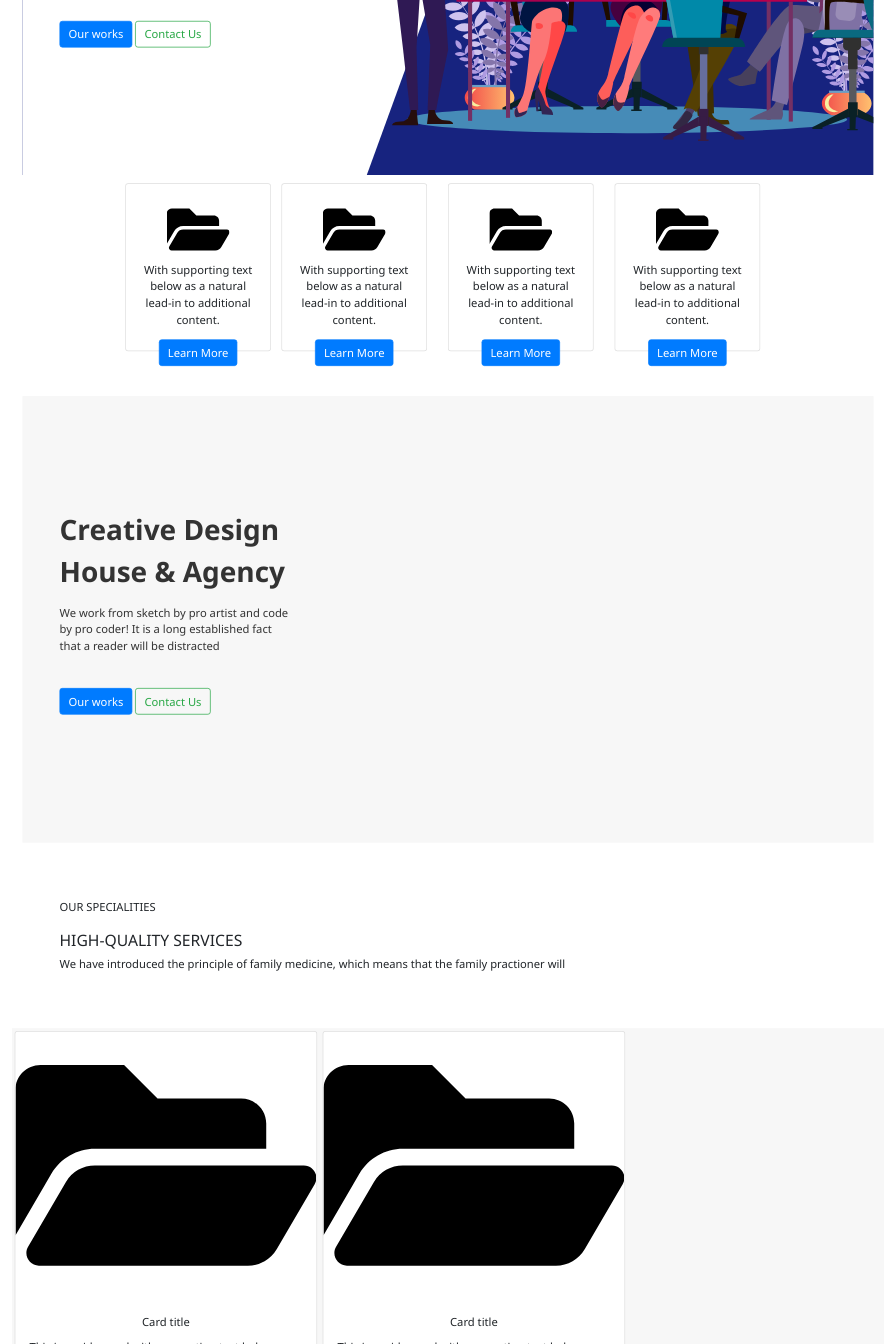
Repository: stephenkayade/Tarm
Page: index.html
These files come from the project's save history. The page is drawn as it stood at one moment and after the next save; the edit follows.
The browser window is 1280 px wide. The pictures show the part of the page from y = 487 to 2407 px (the page is 4473 px tall before and 4397 px after), at 70% of full size.

Above is the page before, as saved 2020-05-07 15:49:16.

### index.html
<!DOCTYPE html>
<html lang="en">

<head>
    <meta charset="UTF-8">
    <meta name="viewport" content="width=device-width, initial-scale=1.0">
    <link rel="stylesheet" href="https://stackpath.bootstrapcdn.com/bootstrap/4.4.1/css/bootstrap.min.css"
        integrity="sha384-Vkoo8x4CGsO3+Hhxv8T/Q5PaXtkKtu6ug5TOeNV6gBiFeWPGFN9MuhOf23Q9Ifjh" crossorigin="anonymous">
    <script src="https://code.jquery.com/jquery-3.4.1.slim.min.js"
        integrity="sha384-J6qa4849blE2+poT4WnyKhv5vZF5SrPo0iEjwBvKU7imGFAV0wwj1yYfoRSJoZ+n"
        crossorigin="anonymous"></script>

    <script src="https://stackpath.bootstrapcdn.com/bootstrap/4.4.1/js/bootstrap.min.js"
        integrity="sha384-wfSDF2E50Y2D1uUdj0O3uMBJnjuUD4Ih7YwaYd1iqfktj0Uod8GCExl3Og8ifwB6"
        crossorigin="anonymous"></script>
    <link rel="stylesheet" href="https://stackpath.bootstrapcdn.com/font-awesome/4.7.0/css/font-awesome.min.css">
    <link rel="stylesheet" href="css/style.css">
    <title>Document</title>
</head>

<body>

    <section id="nav-bar">
        <nav class="navbar navbar-expand-lg navbar-light">
            <!-- <h1>DES</h1> -->
            <h1><a class="navbar-brand ml-1" href="#">DES</a></h1>
            <button class="navbar-toggler" type="button" data-toggle="collapse" data-target="#navbarNav"
                aria-controls="navbarNav" aria-expanded="false" aria-label="Toggle navigation">
                <i class="fa fa-bars"></i>
            </button>

            <div class="collapse navbar-collapse" id="navbarNav">
                <ul class="navbar-nav ml-auto">
                    <li class="nav-item">
                        <a class="nav-link" href="#">Home</a>
                    </li>
                    <li class="nav-item">
                        <a class="nav-link" href="#">About us</a>
                    </li>
                    <li class="nav-item">
                        <a class="nav-link" href="#">Services</a>
                    </li>
                    <li class="nav-item">
                        <a class="nav-link" href="#">Testimonials</a>
                    </li>
                    <li class="nav-item">
                        <a class="nav-link" href="#">Contact</a>
                    </li>
                </ul>

            </div>
        </nav>

    </section>

    <!---------------------------banner---------------------------->
    <section id="banner">
        <div class="container">
            <div class="row">
                <div class="col-md-6">
                    <p class="promo-title">Creative Design <br>House & Agency</p>
                    <p>We work from sketch by pro artist and code <br>
                        by pro coder! It is a long established fact <br>
                        that a reader will be distracted</p>
                    <div class="btn-control">
                        <div class="btn btn-primary">Our works</div>
                        <div class="btn btn-outline-success">Contact Us</div>
                    </div>
                </div>
                -
            </div>
        </div>
    </section>

    <section id="img">
        <div class="row">
            <div class="col-1g-auto">
                <div class="card text-center" style="width: 13rem; height: 15rem;">
                    <div class="card-body">
                        <img src="./img/folder-open-solid.svg" class="card-img-top" alt="...">

                        <p class="card-text">With supporting text below as a natural lead-in to additional content.</p>
                        <a href="#" class="btn btn-primary">Learn More</a>
                    </div>
                </div>
            </div>
            <div class="col-lg-auto">
                <div class="card text-center" style="width: 13rem; height: 15rem;">
                    <div class="card-body">
                        <img src="./img/folder-open-solid.svg" class="card-img-top" alt="...">

                        <p class="card-text">With supporting text below as a natural lead-in to additional content.</p>
                        <a href="#" class="btn btn-primary">Learn More</a>
                    </div>
                </div>
            </div>
            <div class="col-lg-auto">
                <!-- <div class="card" style="width: 12rem;">
                        <img src="./img/man-street-sitting-hat-2995066.jpg" class="card-img-top" alt="...">
                        <span class="card-img-top"><i class="fas fa-folder-open"></i></span>
                        <div class="card-body">
                            <p class="card-title text-center">Card title</p>
                            <p class="card-text text-center">Lorem ipsum dolor sit amet consectetur, adipisicing elit. Eligendi, nisi!</p>
                            <a href="#" class="btn btn-primary ">Learn More</a>
                        </div>
                    </div> -->

                <div class="card text-center" style="width: 13rem; height: 15rem;">
                    <div class="card-body">
                        <img src="./img/folder-open-solid.svg" class="card-img-top" alt="...">

                        <p class="card-text">With supporting text below as a natural lead-in to additional content.</p>
                        <a href="#" class="btn btn-primary">Learn More</a>
                    </div>
                </div>
            </div>
            <div class="col-md-auto">
                <div class="card text-center" style="width: 13rem; height: 15rem;">
                    <div class="card-body">
                        <img src="./img/folder-open-solid.svg" class="card-img-top" alt="...">

                        <p class="card-text">With supporting text below as a natural lead-in to additional content.</p>
                        <a href="#" class="btn btn-primary">Learn More</a>
                    </div>
                </div>
            </div>
        </div>
    </section>

    <section id="CEO">
        <div class="container">
            <div class="about-us">

            </div>
            <div class="row">
                <div class="col-md-6">
                    <p class="promo-title">Creative Design <br>House & Agency</p>
                    <p>We work from sketch by pro artist and code <br>
                        by pro coder! It is a long established fact <br>
                        that a reader will be distracted</p>
                    <div class="btn-control">
                        <div class="btn btn-primary">Our works</div>
                        <div class="btn btn-outline-success">Contact Us</div>
                    </div>
                </div>

            </div>
        </div>
    </section>
    <section id="services">
        <div class="container space">
            <p>OUR SPECIALITIES</p>
            <h3><small>HIGH-QUALITY SERVICES</small></h3>
            <p>We have introduced the principle of family medicine, which means that the family practioner will</p>
        </div>
        <div class="row detail">
            <div class="col-md-auto p-1">

                <div class="card" style="width: 27rem;">
                    <img src="./img/folder-open-solid.svg" class="card-img-top" alt="...">
                    <div class="card-body">
                        <p class="card-title text-center">Card title</p>
                        <p class="card-text">This is a wider card with supporting text below as a natural lead-in to
                            additional content. This card has even longer content than the first to show that equal
                            height
                            action.</p>
                        <p class="card-text"><small class="text-muted">Last updated 3 mins ago</small></p>
                    </div>
                </div>
            </div>
            <div class="col-md-auto p-1">

                <div class="card" style="width: 27rem;">
                    <img src="./img/folder-open-solid.svg" class="card-img-top" alt="...">
                    <div class="card-body">
                        <p class="card-title text-center">Card title</p>
                        <p class="card-text">This is a wider card with supporting text below as a natural lead-in to
                            additional content. This card has even longer content than the first to show that equal
                            height
                            action.</p>
                        <p class="card-text"><small class="text-muted">Last updated 3 mins ago</small></p>
                    </div>
                </div>
            </div>
            <div class="col-md-auto p-1">

                <div class="card" style="width: 27rem;">
                    <img src="./img/folder-open-solid.svg" class="card-img-top" alt="...">
                    <div class="card-body">
                        <p class="text-center">OUR SPECIALITIES</p>
                        <p class="card-title text-center">This is a wider card with supporting text below as a natural lead-in to
                            additional content. This card has even longer content than the first to show that equal
                            height
                            action.</p>
                        <p class="card-text"><small class="text-muted">Last updated 3 mins ago</small></p>
                    </div>
                </div>
            </div>
            <div class="w-100"></div>

            <div class="col-md-auto">
                <div class="card" style="width: 27rem;">
                    <img src="./img/folder-open-solid.svg" class="card-img-top" alt="...">
                    <div class="card-body">
                        <p class="card-title text-center">Card title<p>
                        <p class="card-text">This is a wider card with supporting text below as a natural lead-in to
                            additional content. This card has even longer content than the first to show that equal
                            height
                            action.</p>
                        <p class="card-text"><small class="text-muted">Last updated 3 mins ago</small></p>
                    </div>
                </div>
            </div><div class="col-md-auto">

                <div class="card" style="width: 27rem;">
                    <img src="./img/folder-open-solid.svg" class="card-img-top" alt="...">
                    <div class="card-body">
                        <p class="card-title text-center">Card title</p>
                        <p class="card-text">This is a wider card with supporting text below as a natural lead-in to
                            additional content. This card has even longer content than the first to show that equal
                            height
                            action.</p>
                        <p class="card-text"><small class="text-muted">Last updated 3 mins ago</small></p>
                    </div>
                </div>
            </div><div class="col-md-auto">

                <div class="card" style="width: 27rem;">
                    <img src="./img/folder-open-solid.svg" class="card-img-top" alt="...">
                    <div class="card-body">
                        <p class="card-title text-center">Card title</p>
                        <p class="card-text">This is a wider card with supporting text below as a natural lead-in to
                            additional content. This card has even longer content than the first to show that equal
                            height
                            action.</p>
                        <p class="card-text"><small class="text-muted">Last updated 3 mins ago</small></p>
                    </div>
                </div>
            </div>


        </div>
    </section>



</body>

</html>

### css/style.css
*{
    margin: 0;
    padding: 0;
}

body{
    font-family: 'Segoe UI', Tahoma, Geneva, Verdana, sans-serif;
    margin: 2rem;
}
#nav-bar{
    position: sticky;
    top: 0;
    z-index: 10;
}
.navbar{
    background-image: cross-fade(to right, #fff,#17237f);
    padding: 0 !important;
}
.navbar-brand img{
    height:40px;
    padding-left: 20px;
}
.navbar-nav li{
    padding: 0 10px;

}
.navbar-nav li a{
    color: #000 !important;
    font-weight: 600;
    float: right;
    text-align: left;
}
.fa-bars{
    color: #fff;
    font-size: 30px !important;
}
#img{
    display: flex;
    flex-direction: row;
    justify-content: center;
    padding-top: 1%;
    padding-bottom: 4rem;
}
.p-1{
    padding-bottom: 2rem;
}


/* ------------banner section-------------------- */
#banner{
    background: url('/img/adj.svg') no-repeat center center/cover;
    color: #333;
    padding-top: 5%;
    padding-bottom: 15%;
}
#CEO{
    background-color: #f7f7f7;
    color: #333;
    padding-top: 5%;
    padding-bottom: 15%;
}
.space{
    padding-bottom: 4rem;
}
.detail{
    background-color: #f7f7f7;
}
.promo-title{
    font-size: 40px;
    font-weight: 600;
    margin-top:100px ;
}
.play-btn{
    width:45px;
    margin: 20px;
}
#banner a{
    color: #fff;
    text-decoration: none;
}
.bottom-img{
    width: 100%;
}
.btn-control{
    padding-top: 2rem;
}
/* ---------------------services section---------------------- */
#services{
    padding: 80px 0;
}
.service-img{
    width: 140px;
    margin-top: 20px;
}
.services{
    padding: 20px;
}
.services h4{
    padding: 5px;
    margin-top: 25px;
    text-transform: uppercase;
}
.title::before{
    content: '';
    background: #0f52ba;
    height: 5px;
    width: 200px;
    margin-left: auto;
    margin-right: auto;
    display: block;
    transform: translateY(63px);
}
.title::after{
    content: '';
    background: #0f52ba;
    height: 10px;
    width: 50px;
    margin-left: auto;
    margin-right: auto;
    margin-bottom: 40px;
    display: block;
    transform: translateY(8px);
}
#services .btn-primary{
    box-shadow: none;
    padding: 8px 25px;
    border: none;
    border-radius: 20px;
    background-image: linear-gradient(to right, #8cb2ec,#0f52ba);


}
.ml-1{
    padding: 1rem;
}
.card-body img{
    color: greenyellow;
    height: 90px;
    width: 90px;
}

After the next save:
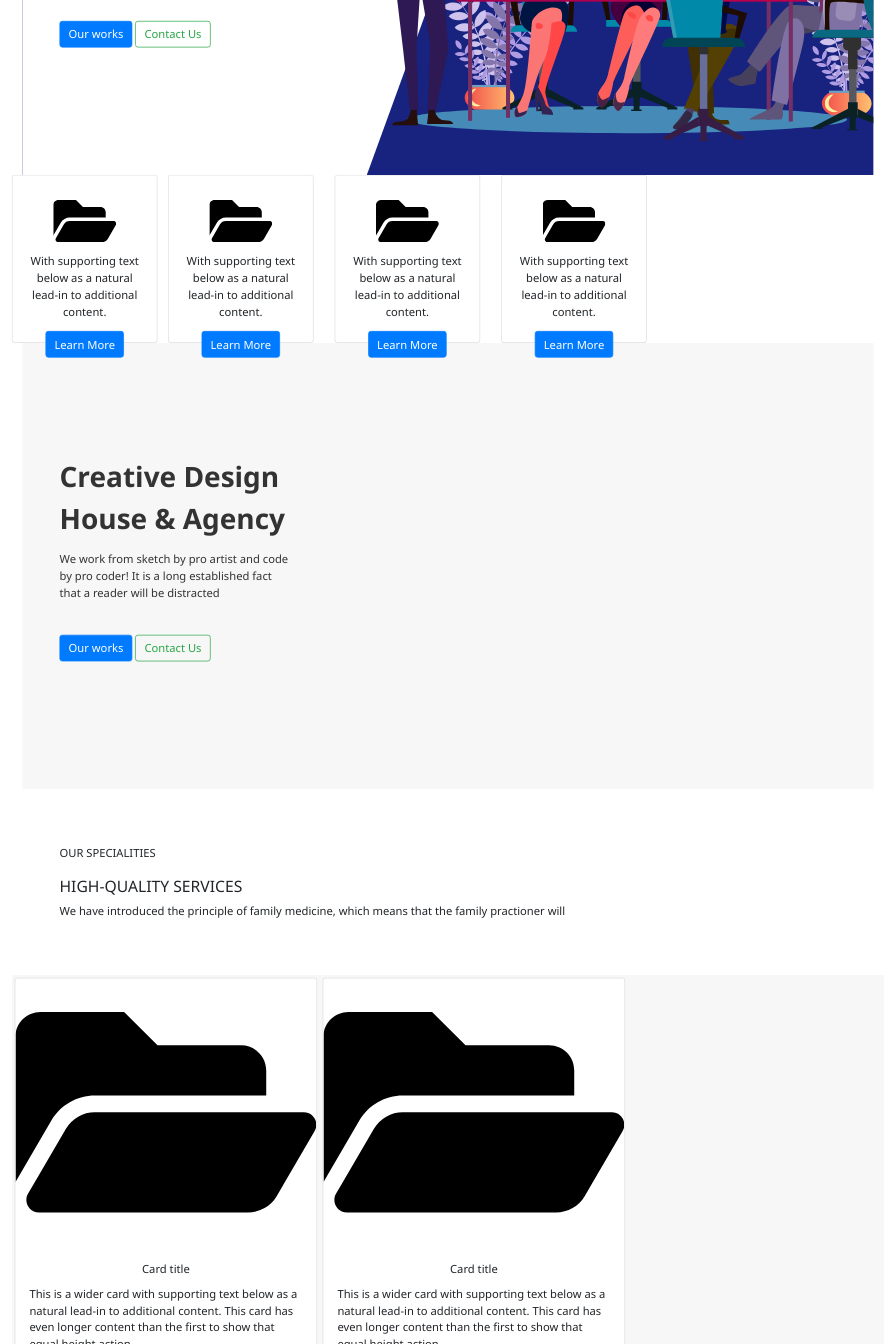
Saved 43 s later.
--- a/css/style.css
+++ b/css/style.css
@@ -34,13 +34,13 @@
     color: #fff;
     font-size: 30px !important;
 }
-#img{
+/* #img{
     display: flex;
     flex-direction: row;
     justify-content: center;
     padding-top: 1%;
     padding-bottom: 4rem;
-}
+} */
 .p-1{
     padding-bottom: 2rem;
 }

After the save that followed:
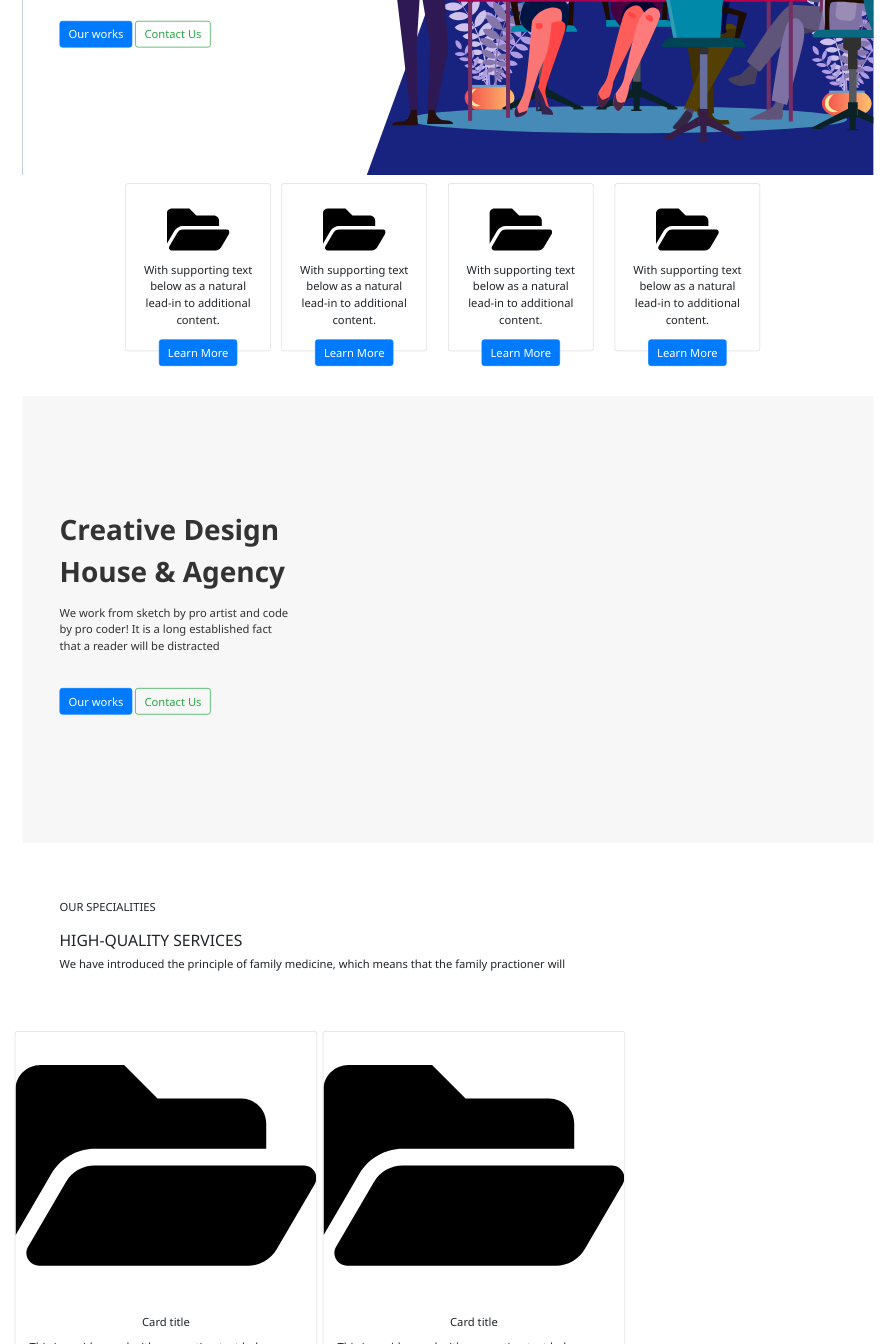
Saved 23 s later.
--- a/css/style.css
+++ b/css/style.css
@@ -34,15 +34,12 @@
     color: #fff;
     font-size: 30px !important;
 }
-/* #img{
+#img{
     display: flex;
     flex-direction: row;
     justify-content: center;
     padding-top: 1%;
     padding-bottom: 4rem;
-} */
-.p-1{
-    padding-bottom: 2rem;
 }
 
 
@@ -63,7 +60,7 @@
     padding-bottom: 4rem;
 }
 .detail{
-    background-color: #f7f7f7;
+    background-color: ;
 }
 .promo-title{
     font-size: 40px;
